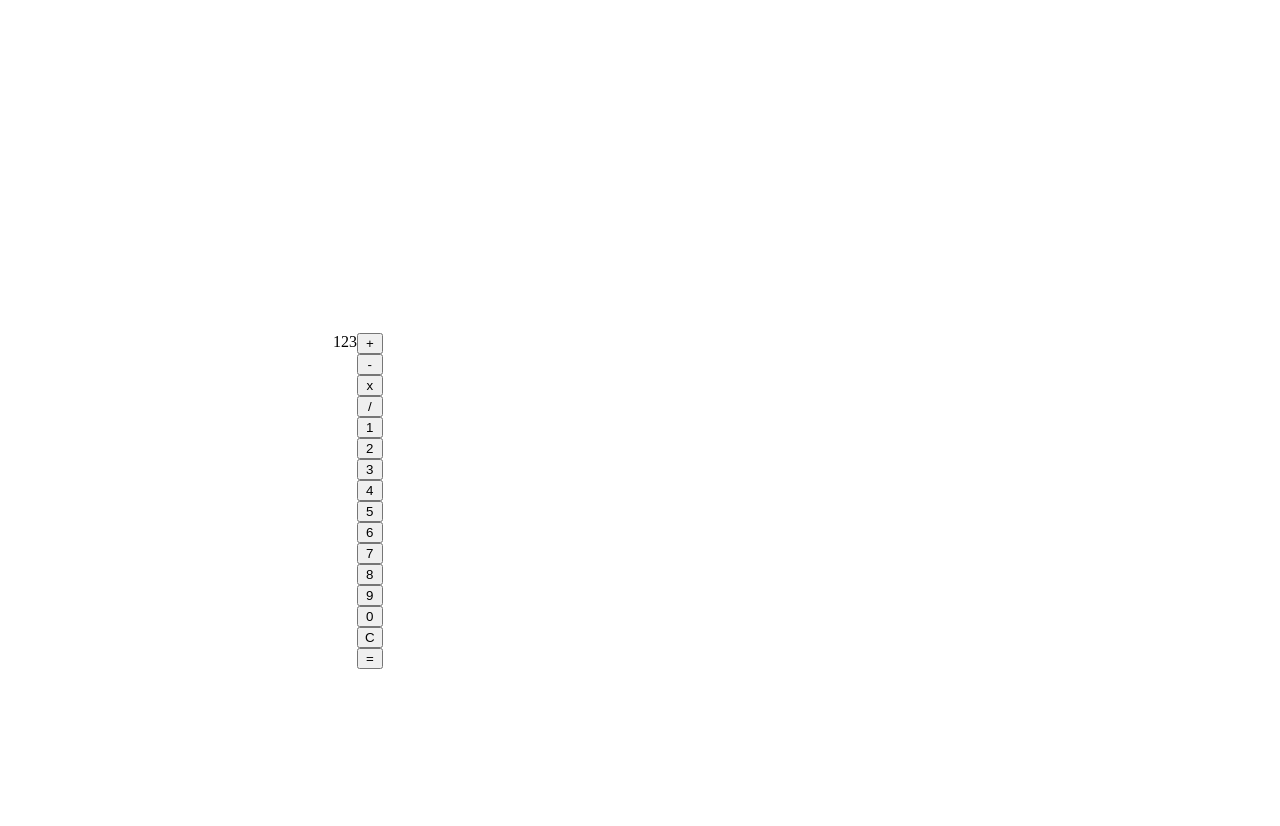
Repository: TEazy2433/LAB-calculator
Page: index.html
These files come from the project's save history. The page is drawn as it stood at one moment and after the next save; the edit follows.
The browser window is 1280 px wide. The pictures show the whole page.

Above is the page before, as saved 2023-10-14 09:57:14.

After the next save:
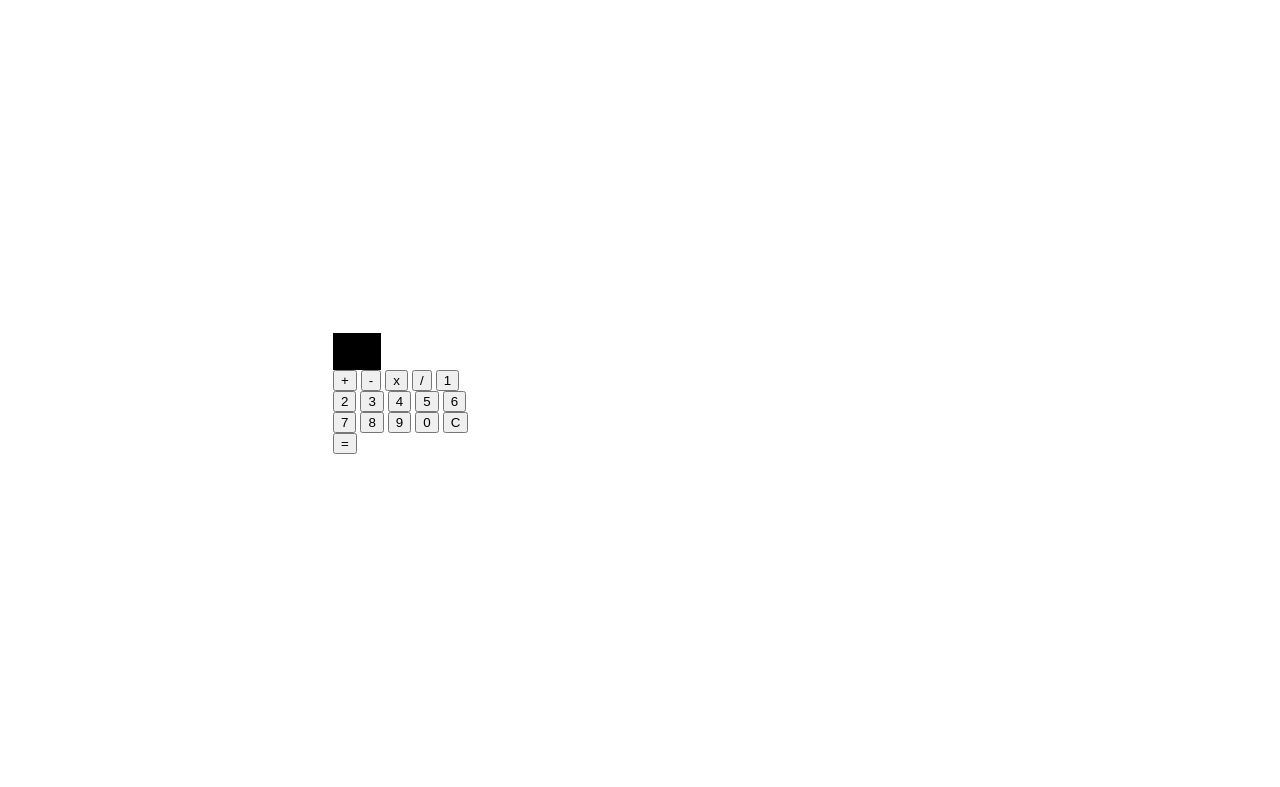
Saved 80 s later.
--- a/main.css
+++ b/main.css
@@ -5,14 +5,14 @@
   padding: 325px;
 }
 .display{
+  font-size: 2rem;
+  text-align: end;
+  background: black;
 
 }
 
 .calculator_keys{
-  height: 10rem;
-  display: grid;
-  justify-content: center;
-  align-items: center;
+
 
 }
 .calculator_key{
